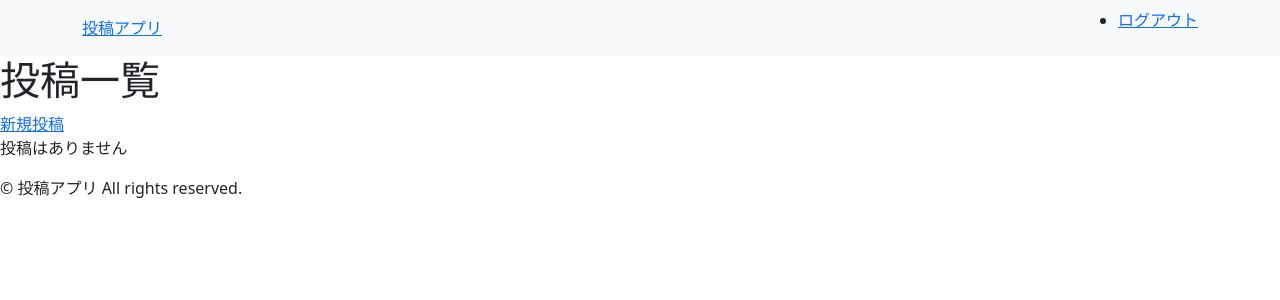
Repository: Yu62ballena/laravel_posting_app
Page: http://localhost/posts
These files come from the project's save history. The page is drawn as it stood at one moment and after the next save; the edit follows.
The browser window is 1280 px wide. The pictures show the whole page.
The page is served by the project's Laravel application, run on PHP 8.4 with Laravel 10. A made-up administrator, Test User (test@example.com), is signed in. Queries for data that is not in the repository find no rows.

Above is the page before, as saved 2024-05-21 13:50:47.

After the next save:
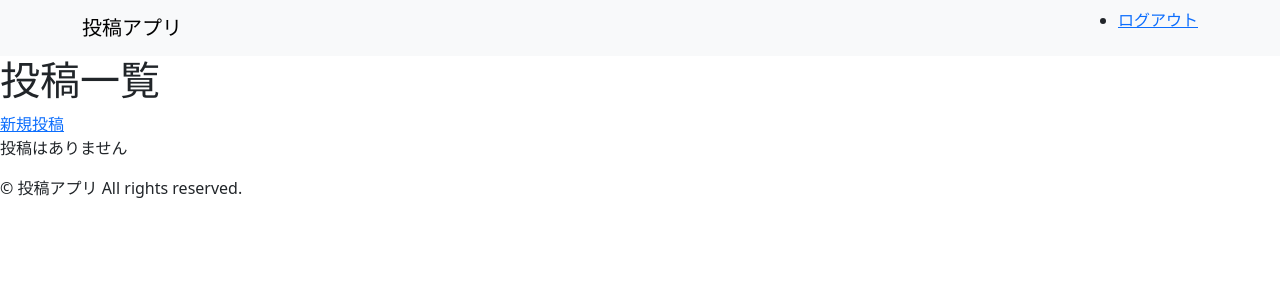
Saved 5 s later.
--- a/resources/views/posts/index.blade.php
+++ b/resources/views/posts/index.blade.php
@@ -13,7 +13,7 @@
     <header>
         <nav class="navbar navbar-light bg-light">
 <div class="container">
-                <a href="{{ route('posts.index') }}" class="">投稿アプリ</a>
+                <a href="{{ route('posts.index') }}" class="navbar-brand">投稿アプリ</a>
 
                 <ul>
                     <li>
